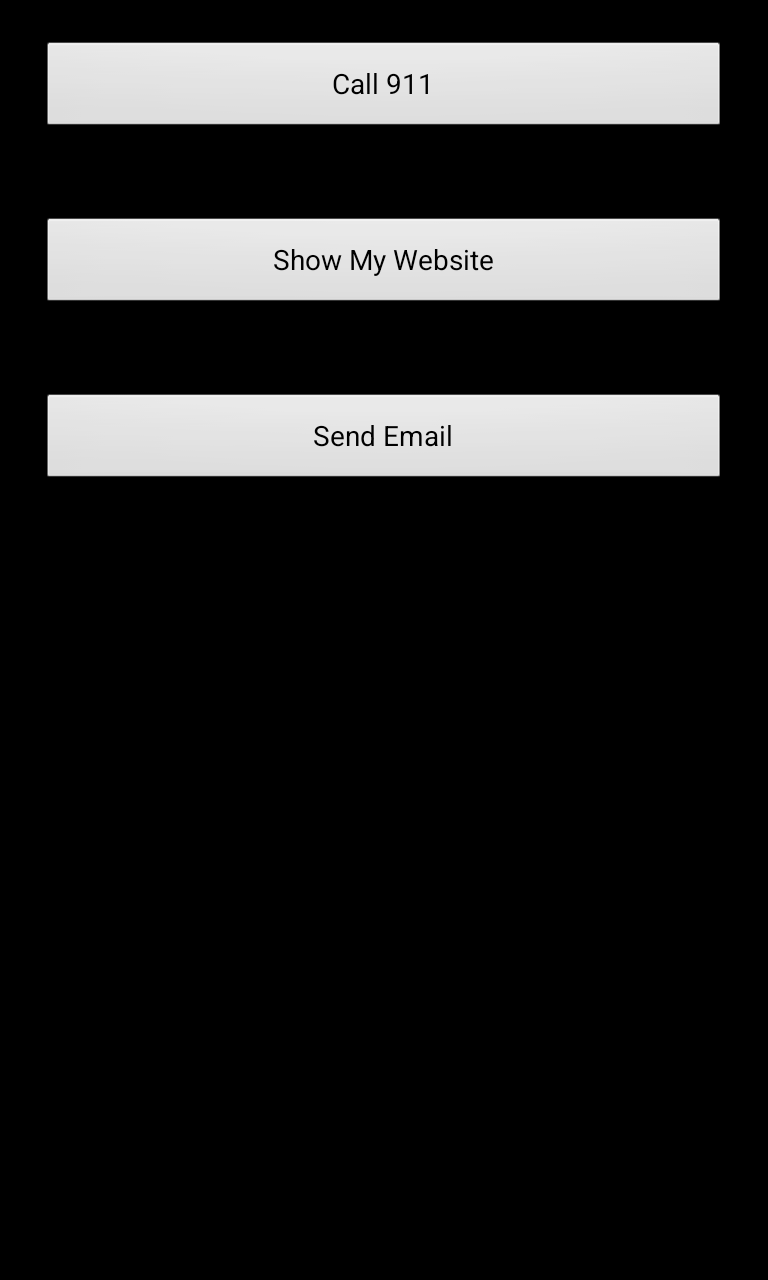
Repository: smartapps08/addteqtutorials
Layout: Implicit Intents Demo/res/layout/main.xml
An editor plug-in stored every save of this project. The layout is shown before and after the next save, followed by the edit.
It is drawn on a 768 x 1280 px phone screen (xhdpi) without system bars, with theme android:Theme; the app's code is not run.

Above is the layout before, as saved 2012-06-08 18:29:29.

After the next save:
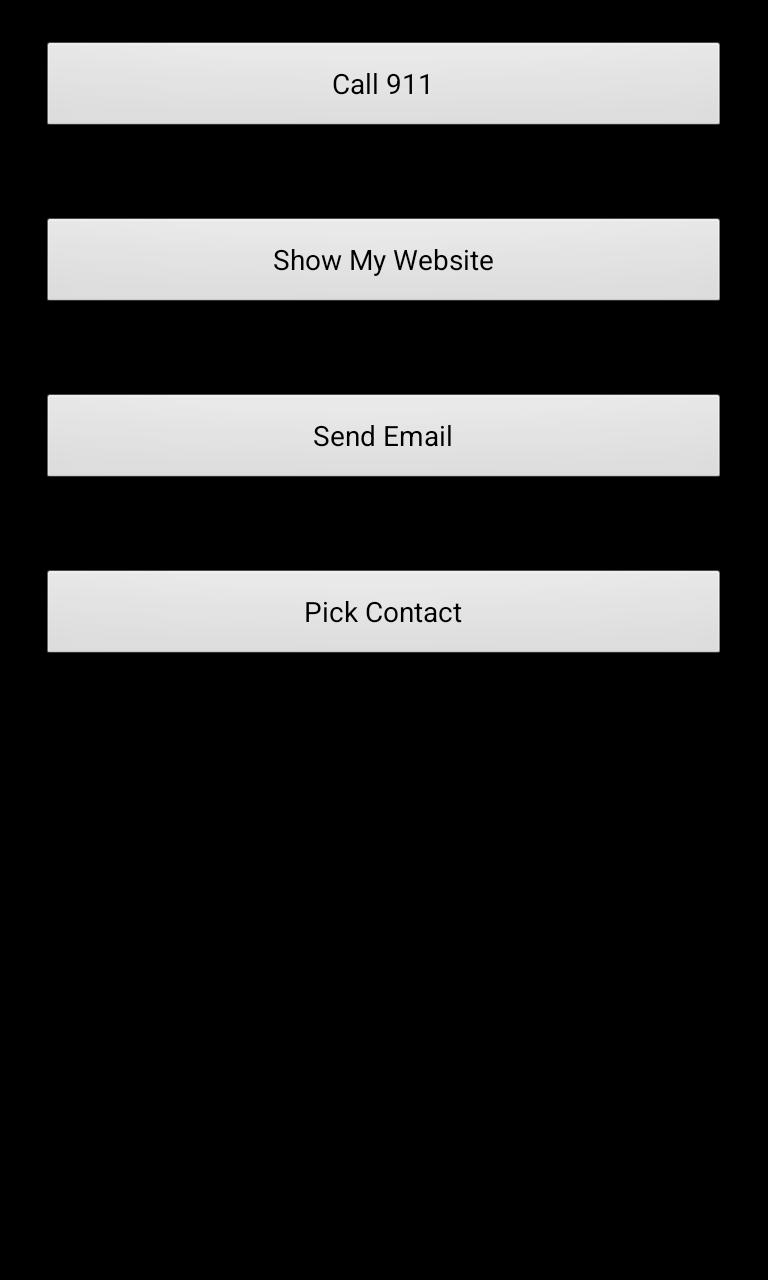
Saved 6 min 42 s later.
--- a/Implicit Intents Demo/res/layout/main.xml
+++ b/Implicit Intents Demo/res/layout/main.xml
@@ -25,4 +25,11 @@
         android:layout_height="wrap_content"
         android:text="Send Email" />
 
+    <Button
+        android:id="@+id/btnPickContact"
+        android:layout_margin="20dp"
+        android:layout_width="fill_parent"
+        android:layout_height="wrap_content"
+        android:text="Pick Contact" />
+
 </LinearLayout>
